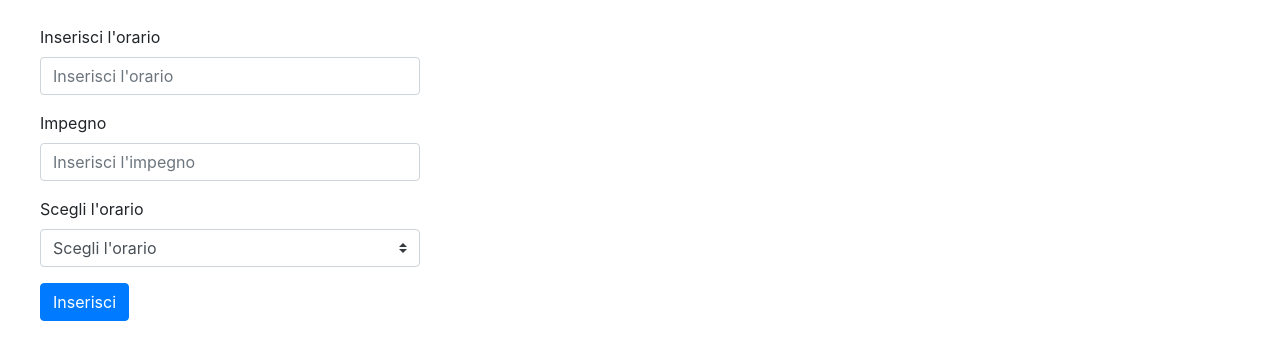
Repository: robertobellardi/eclipse
Page: Agenda/WebContent/index.html
These files come from the project's save history. The page is drawn as it stood at one moment and after the next save; the edit follows.
The browser window is 1280 px wide. The pictures show the whole page.
Some web libraries are served in a nearby version.

Above is the page before, as saved 2020-01-23 10:50:08.

### Agenda/WebContent/index.html
<!DOCTYPE html>
<html>
<head>
<meta charset="utf-8">
<link rel="stylesheet" href="https://maxcdn.bootstrapcdn.com/bootstrap/4.0.0/css/bootstrap.min.css" integrity="sha384-Gn5384xqQ1aoWXA+058RXPxPg6fy4IWvTNh0E263XmFcJlSAwiGgFAW/dAiS6JXm" crossorigin="anonymous">
<script src="https://code.jquery.com/jquery-3.2.1.slim.min.js" integrity="sha384-KJ3o2DKtIkvYIK3UENzmM7KCkRr/rE9/Qpg6aAZGJwFDMVNA/GpGFF93hXpG5KkN" crossorigin="anonymous"></script>
<script src="https://cdnjs.cloudflare.com/ajax/libs/popper.js/1.12.9/umd/popper.min.js" integrity="sha384-ApNbgh9B+Y1QKtv3Rn7W3mgPxhU9K/ScQsAP7hUibX39j7fakFPskvXusvfa0b4Q" crossorigin="anonymous"></script>
<script src="https://maxcdn.bootstrapcdn.com/bootstrap/4.0.0/js/bootstrap.min.js" integrity="sha384-JZR6Spejh4U02d8jOt6vLEHfe/JQGiRRSQQxSfFWpi1MquVdAyjUar5+76PVCmYl" crossorigin="anonymous"></script>

<script src=""></script>
<link rel="stylesheet" href="assets/custom.css">

<title>Agenda</title>
</head>
<body>

<div class="row inputAgenda">
  <div class="col-4">
  	<form method="POST" action="inserisci">
	  <div class="form-group">
	    <label for="orario">Inserisci l'orario</label>
	    <input type="email" class="form-control" id="orario" placeholder="Inserisci l'orario">
	  </div>

	  <div class="form-group">
	    <label for="impegno">Impegno</label>
	    <input type="text" class="form-control" id="impegno" placeholder="Inserisci l'impegno">
	  </div>

	  <div class="form-group">
	      <label for="inputState">Scegli l'orario</label>
	      <select class="custom-select" id="inputGroupSelect01">
		    <option selected>Scegli l'orario</option>
		    <option value="0">8:00 - 9:00</option>
		    <option value="1">9:00 - 10:00</option>
		    <option value="2">10:00 - 11:00</option>
		    <option value="3">11:00 - 12:00</option>
		    <option value="4">12:00 - 13:00</option>
		    <option value="5">14:00 - 15:00</option>
		    <option value="6">15:00 - 16:00</option>
		    <option value="7">16:00 - 17:00</option>
		    <option value="8">17:00 - 18:00</option>
		    <option value="9">18:00 - 19:00</option>
	  	</select>
   	</div>
	  <button type="submit" class="btn btn-primary">Inserisci</button>
</form>
</div>
  </div>

<div class="col-8"></div>

</div>

</body>
</html>

### Agenda/WebContent/assets/custom.css
.inputAgenda{
	margin: 25px;
}

After the next save:
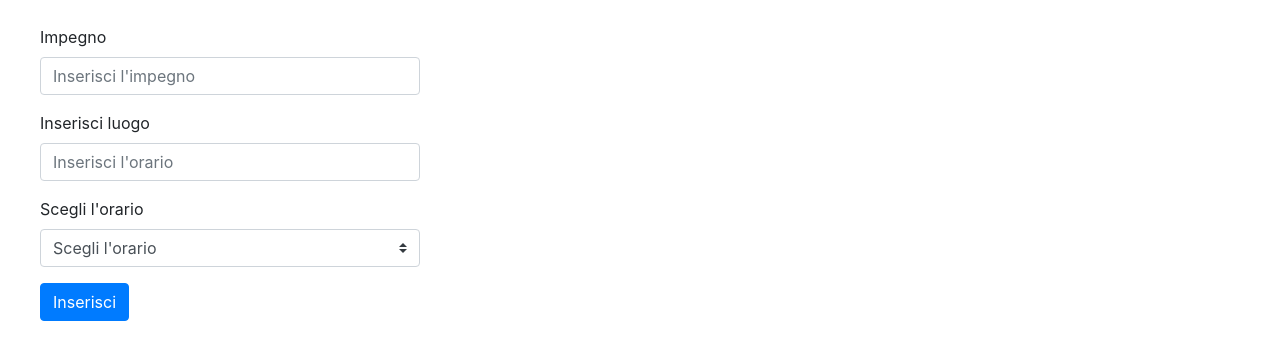
Saved 52 s later.
--- a/Agenda/WebContent/index.html
+++ b/Agenda/WebContent/index.html
@@ -18,13 +18,13 @@
   <div class="col-4">
   	<form method="POST" action="inserisci">
 	  <div class="form-group">
-	    <label for="orario">Inserisci l'orario</label>
-	    <input type="email" class="form-control" id="orario" placeholder="Inserisci l'orario">
+	    <label for="impegno">Impegno</label>
+	    <input type="text" class="form-control" id="impegno" placeholder="Inserisci l'impegno">
 	  </div>
 
 	  <div class="form-group">
-	    <label for="impegno">Impegno</label>
-	    <input type="text" class="form-control" id="impegno" placeholder="Inserisci l'impegno">
+	    <label for="orario">Inserisci luogo</label>
+	    <input type="email" class="form-control" id="orario" placeholder="Inserisci l'orario">
 	  </div>
 
 	  <div class="form-group">
